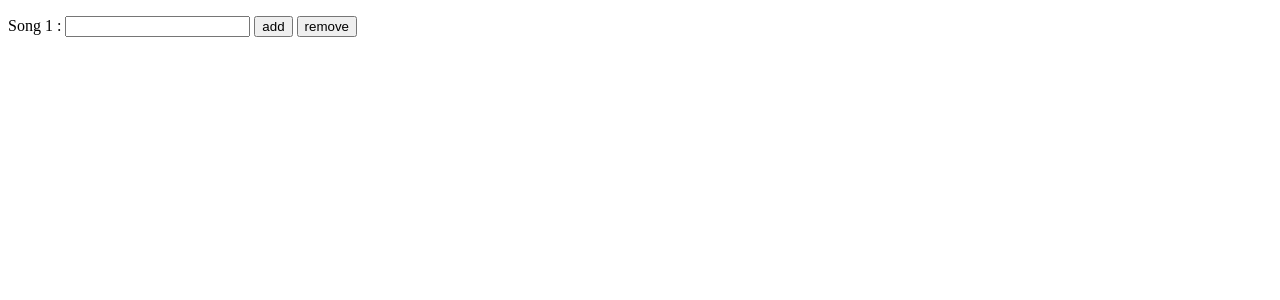
Repository: Kushal18/referesher_assignment1
Page: Html5/WebContent/localStorage.html
These files come from the project's save history. The page is drawn as it stood at one moment and after the next save; the edit follows.
The browser window is 1280 px wide. The pictures show the whole page.

Above is the page before, as saved 2016-09-17 10:37:41.

After the next save:
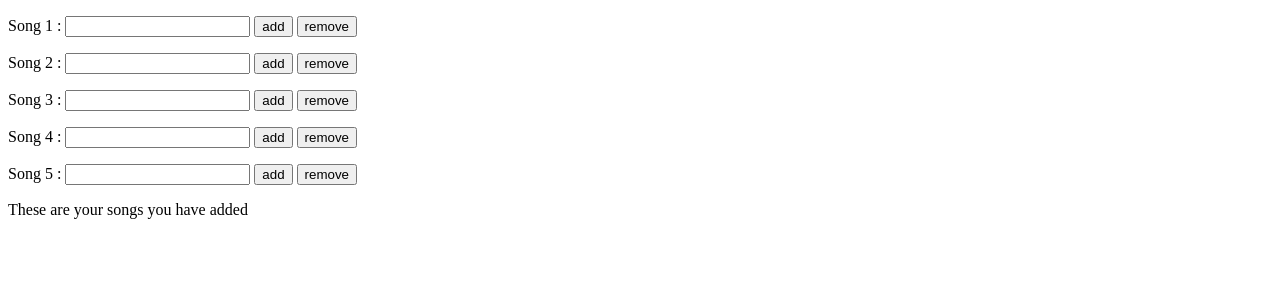
Saved 78 s later.
--- a/Html5/WebContent/localStorage.html
+++ b/Html5/WebContent/localStorage.html
@@ -6,6 +6,16 @@ My Music Play List
 <body>
 <p>Song 1 : <input type="text" id="song1"> <input type = "button" value="add" >
 <input type = "button" value="remove" ></p>
+<p>Song 2 : <input type="text" id="song1"> <input type = "button" value="add" >
+<input type = "button" value="remove" ></p>
+<p>Song 3 : <input type="text" id="song1"> <input type = "button" value="add" >
+<input type = "button" value="remove" ></p>
+<p>Song 4 : <input type="text" id="song1"> <input type = "button" value="add" >
+<input type = "button" value="remove" ></p>
+<p>Song 5 : <input type="text" id="song1"> <input type = "button" value="add" >
+<input type = "button" value="remove" ></p>
+<p>These are your songs you have added</p>
+
 
 
 </body>
